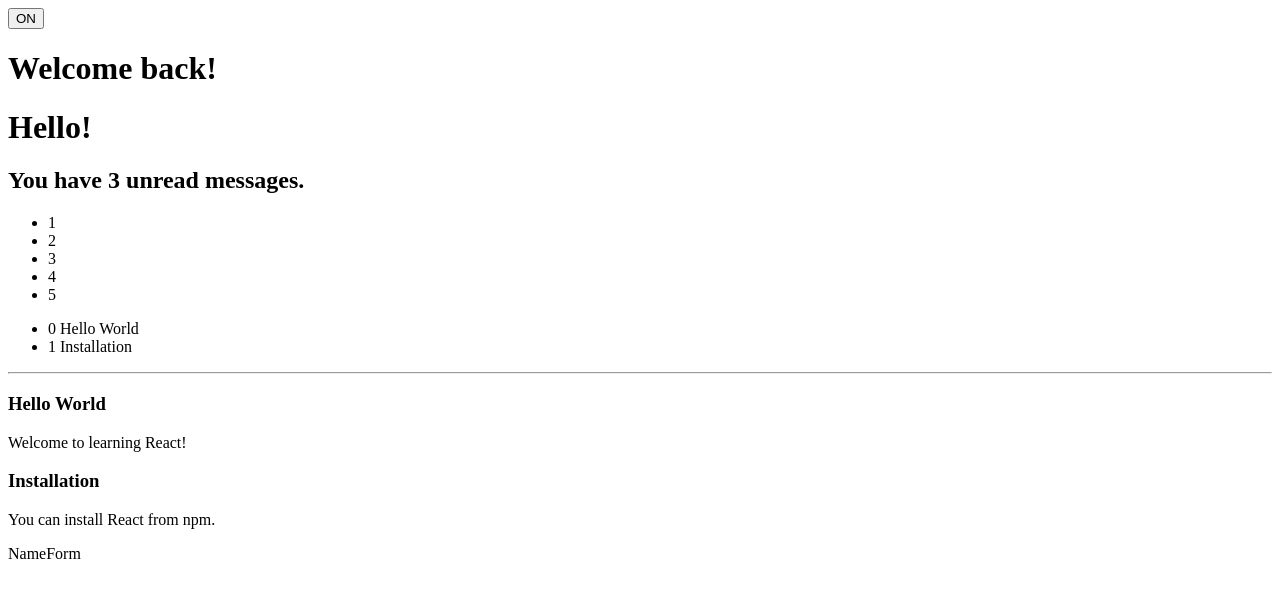
Repository: WanYouwen/react_study_code
Page: day01/01-基础/test.html
These files come from the project's save history. The page is drawn as it stood at one moment and after the next save; the edit follows.
The browser window is 1280 px wide. The pictures show the whole page.

Above is the page before, as saved 2020-08-12 09:51:14.

After the next save:
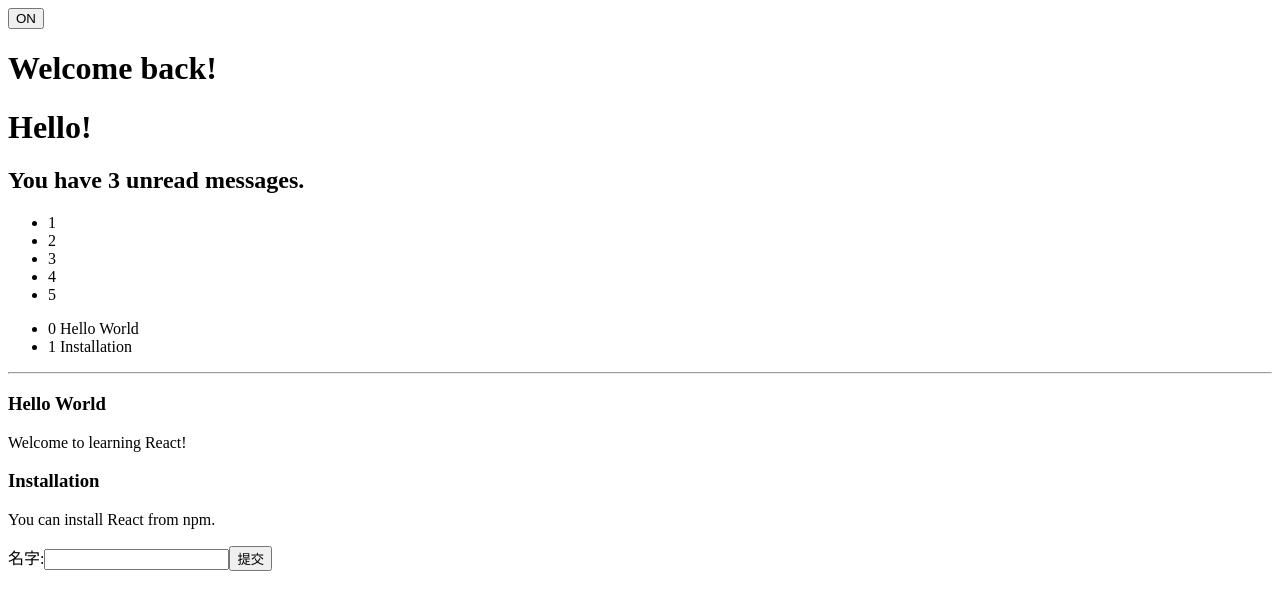
Saved 7 s later.
--- a/day01/01-基础/test.html
+++ b/day01/01-基础/test.html
@@ -46,7 +46,7 @@
             {/**  <ul>{listItems}</ul>*/}
             <NumberList numbers={numbers} />
             <Blog posts={posts} />
-            NameForm
+            <NameForm />
           </div>
         );
       }
